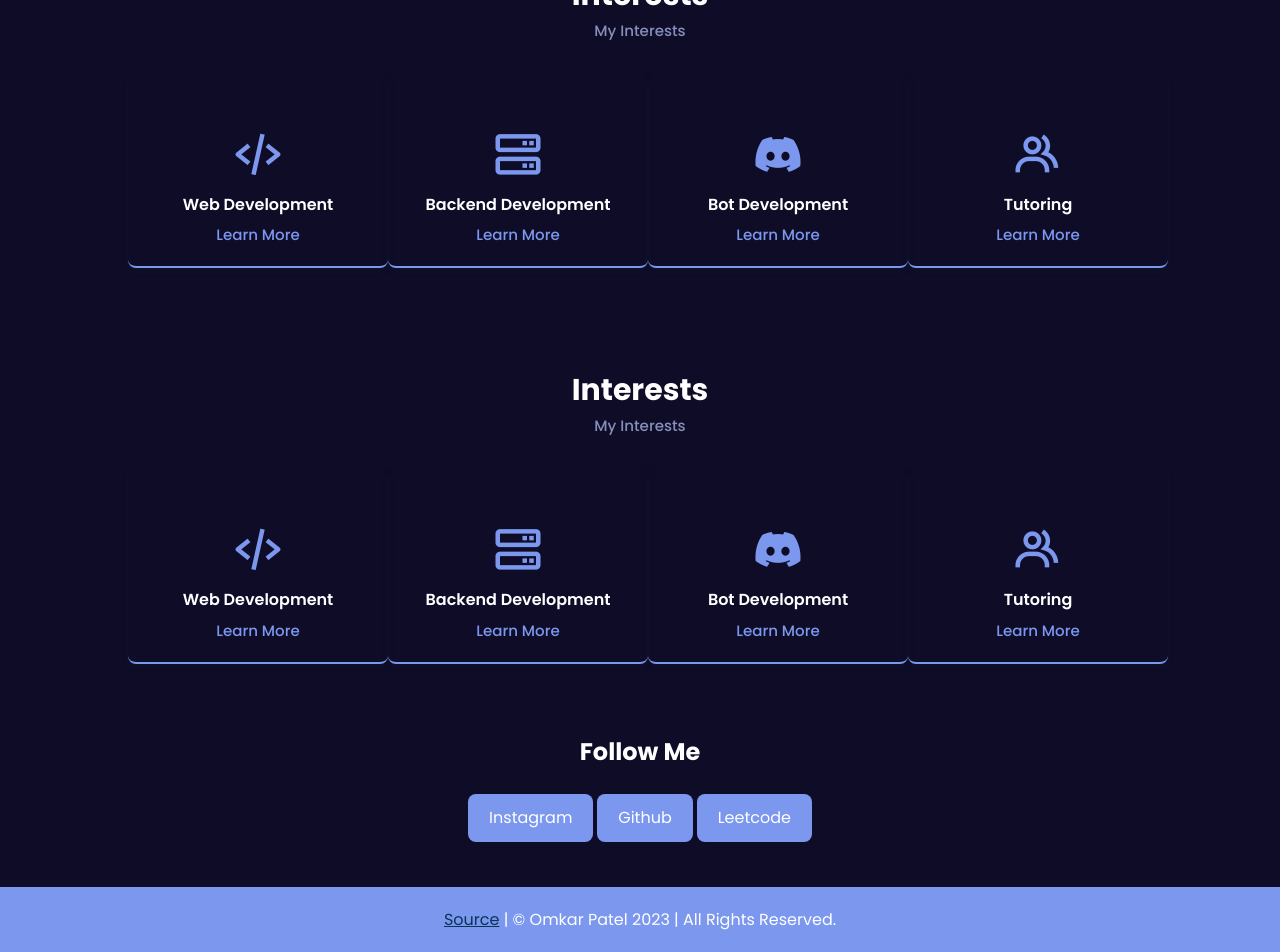
Repository: omkarxpatel/Omkar-Portfolio
Page: src/index.html
These files come from the project's save history. The page is drawn as it stood at one moment and after the next save; the edit follows.
The browser window is 1280 px wide. The pictures show the part of the page from y = 2098 to 3050 px (the page is 3050 px tall before and 3005 px after).
A picture or video elsewhere on the page could not be fetched, so the positions and the page height are approximate.

Above is the page before, as saved 2023-03-25 18:03:15.

After the next save:
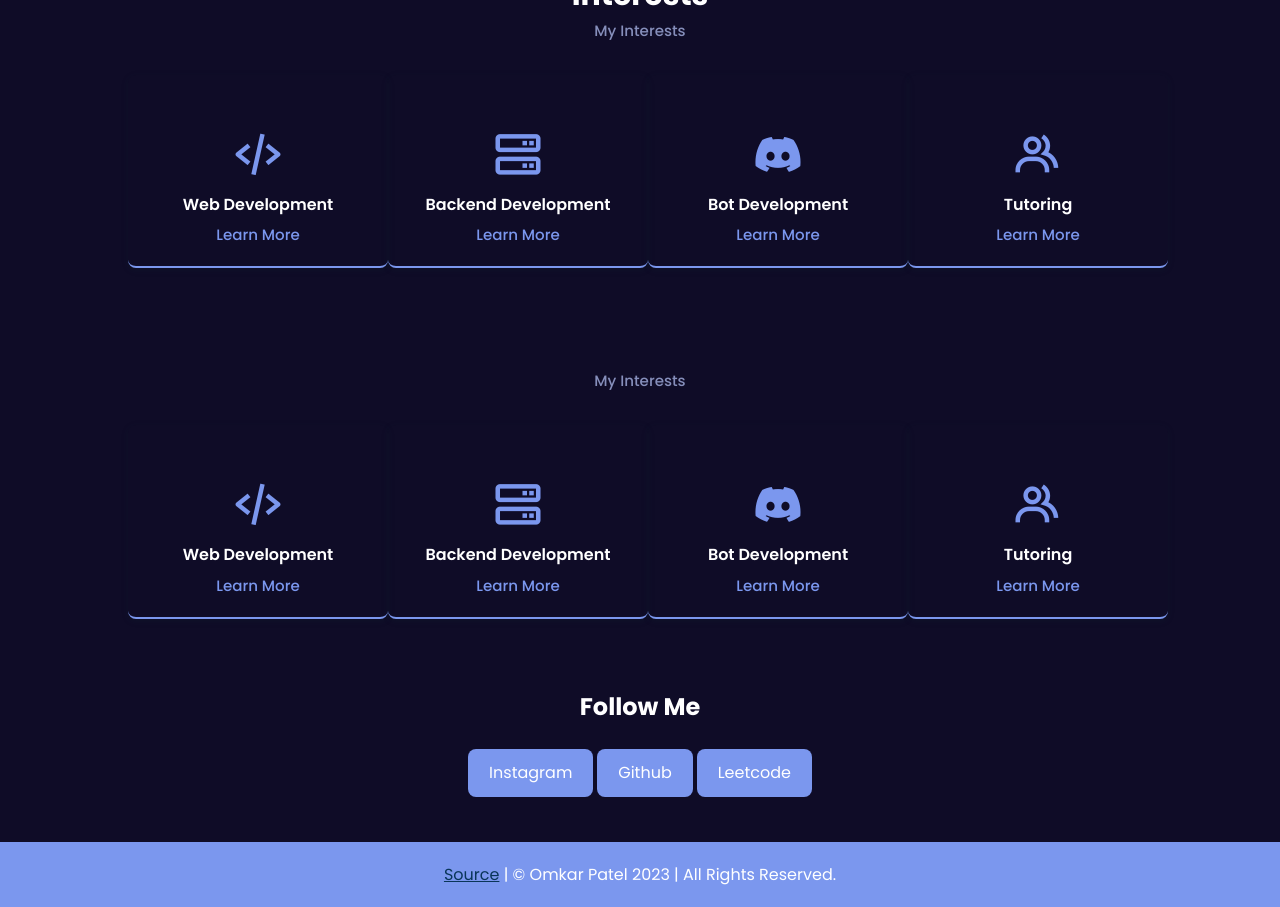
Saved 10 s later.
--- a/src/index.html
+++ b/src/index.html
@@ -244,7 +244,7 @@
 
 <section class="find_me" id="find_me">
     <div class="heading">
-        <h2>Interests</h2>
+        <h2></h2>
         <span>My Interests</span>
     </div>
     <div class="interests-content">

After the save that followed:
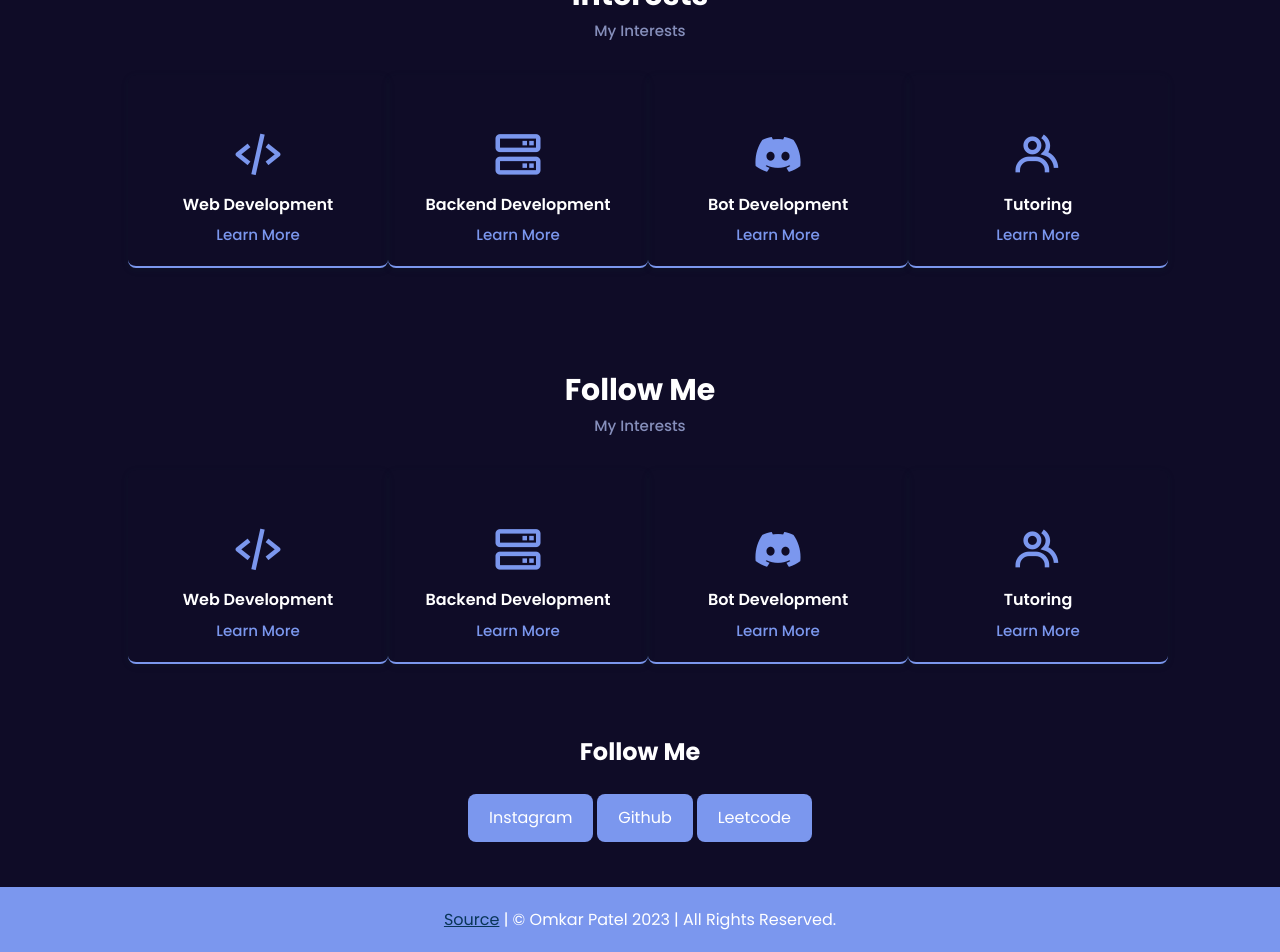
Saved 8 s later.
--- a/src/index.html
+++ b/src/index.html
@@ -244,7 +244,7 @@
 
 <section class="find_me" id="find_me">
     <div class="heading">
-        <h2></h2>
+        <h2>Follow Me</h2>
         <span>My Interests</span>
     </div>
     <div class="interests-content">
